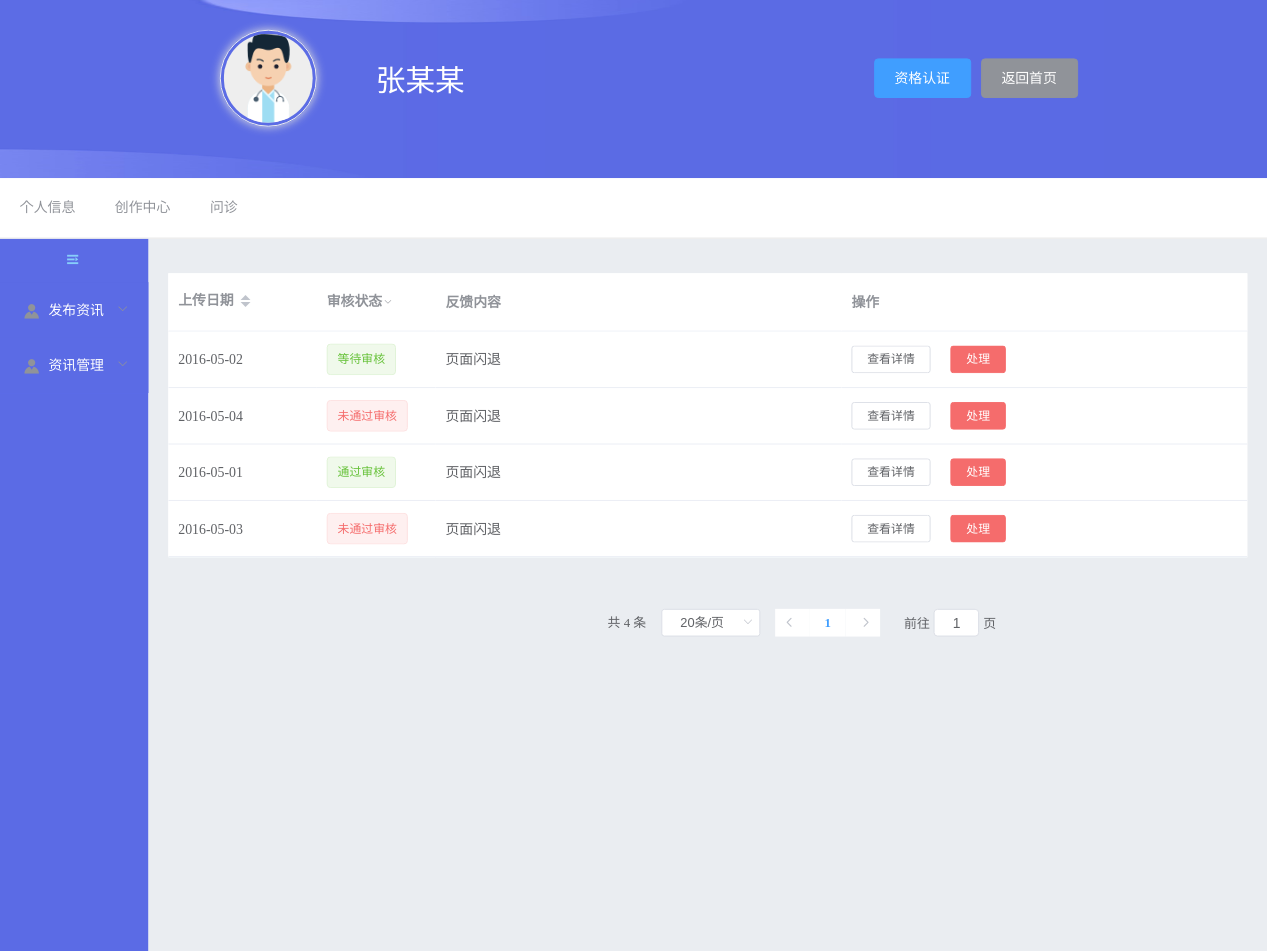
Repository: DiscreteL/SOA_Front
Page: /#/manageArticle
These files come from the project's save history. The page is drawn as it stood at one moment and after the next save; the edit follows.
The browser window is 1280 px wide. The pictures show the whole page, at 99% of full size.
The project was rebuilt for these pictures with package versions that can differ from the ones it lists, and the page was loaded fresh each time. Also part of the build but not shown: vue.config.js, src/components/navigation.vue, src/components/dialog.vue, src/views/news.vue, src/components/announcement.vue, src/components/patientKnow.vue, src/views/Home.vue, src/views/login.vue and 15 more.

Above is the page before, as saved 2021-11-29 12:38:17.

### src/main.js
import Vue from 'vue'
import App from './App.vue'
import router from './router'
import store from './store'
import ElementUI from 'element-ui';
import 'element-ui/lib/theme-chalk/index.css';
import instance_ from "@/utils/api";

Vue.use(ElementUI);

Vue.config.productionTip = false

Vue.prototype.instance = instance_

new Vue({
  router,
  store,
  render: h => h(App)
}).$mount('#app')

router.beforeEach((to, from, next) => {
  /* 路由发生变化修改页面title */
  if (to.meta.title) {
      document.title = to.meta.title
  }
  next()
})

### src/App.vue
<template>
  <div id="app">
    <router-view/>
  </div>
</template>

<style lang="less" scoped>
</style>

<script>
export default {
  name: 'app'
}
</script>

### src/utils/api.js
//输出通用axios实例
import axios from 'axios';
axios.defaults.withCredentials = false

const instance = axios.create({
  timeout: 10000,
   headers: {
    'Content-Type': "multipart/form-data;charset=utf-8",
  }
});

export default {
  //GqvbYer04485869e6b5acbed4ed10dfd79468f6d84577b1

   diseaseList (data) {
     return instance.get("https://api.apishop.net/common/disease/queryDiseaseList?apiKey=GqvbYer04485869e6b5acbed4ed10dfd79468f6d84577b1&page=1&pageSize=50", data);
   },
   diseaseInfo(data){
    return instance.get("https://api.apishop.net/common/disease/queryDiseaseInfo?apiKey=GqvbYer04485869e6b5acbed4ed10dfd79468f6d84577b1&diseaseID="+data);
   }


//   allUser () {
//     return instance.post('/api/user');
//   },
//   allProduct () {
//    return instance.post('/api/product')
//   },
//   upload (data) {
//     return instance.post('/api/upload',data)
//   },
//   regist (data){
//   	return instance.post('/api/createOrUpdateUser',data)
//   }
};

### src/views/doctor/messageCenter.vue
<template>
  <div class="home_container">
    <UserHomeNav2></UserHomeNav2>
    <!--页面主体区-->
    <el-container>
      <!--侧边栏-->
      <el-aside :width="isCollapse ? '64px' : '150px'">
        <div class="toggle-button" @click="toggleCollapse">
          <div v-if="this.isCollapse == true">
            <i class="el-icon-s-fold"></i>
          </div>
          <div v-else>
            <i class="el-icon-s-unfold"></i>
          </div>
        </div>
        <el-menu
          background-color="#5b6be5"
          text-color="#fff"
          active-text-color="#409EFF"
          :collapse="isCollapse"
          :collapse-transition="false"
          :router="true"
          :default-active="activePath"
        >
          <!-- :unique-opened="true"->只允许展开一个菜单 -->
          <!-- :collapse-transition="false" -> 关闭动画 -->
          <!-- router -> 导航开启路由模式 -->
          <el-submenu index="1">
          <!-- 一级菜单模板 -->
          <template slot="title">
            <i class="el-icon-s-custom"></i>
            <span>发布资讯</span>
          </template>
            <el-menu-item index="/uploadArticle" @click="saveNavState('/uploadArticle')">
              <i class="el-icon-date" style="color: #dcdcdc"></i>
              <span slot="title">发布文章</span>
            </el-menu-item>
            <el-menu-item index="/uploadVideo" @click="saveNavState('/uploadVideo')">
              <i class="el-icon-date" style="color: #dcdcdc"></i>
            <span slot="title">上传视频</span>
            </el-menu-item>
          </el-submenu>
          <el-submenu index="2">
          <!-- 一级菜单模板 -->
          <template slot="title">
            <i class="el-icon-s-custom"></i>
            <span>资讯管理</span>
          </template>
            <el-menu-item index="/manageArticle" @click="saveNavState('/manageArticle')">
              <i class="el-icon-date" style="color: #dcdcdc"></i>
              <span slot="title">文章管理</span>
            </el-menu-item>
            <el-menu-item index="/manageVideo" @click="saveNavState('/manageVideo')">
              <i class="el-icon-date" style="color: #dcdcdc"></i>
            <span slot="title">视频管理</span>
            </el-menu-item>
          </el-submenu>
        </el-menu>
      </el-aside>
      <!--右侧主体区-->
      <el-main>
        <router-view></router-view>
      </el-main>
    </el-container>
  </div>
</template>

<script>
import UserHomeNav2 from "@/components/userhomenav2.vue";

export default {
  name: "messageCenter",
  components: {
    UserHomeNav2,
  },
  data() {
    return {
      // 默认不折叠
      isCollapse: false,
      // 被激活导航地址
      activePath: "",
    };
  },
  created() {
    this.activePath = window.sessionStorage.getItem("activePath");
  },
  methods: {
    toggleCollapse() {
      this.isCollapse = !this.isCollapse;
    },
    saveNavState(activePath) {
      window.sessionStorage.setItem("activePath", activePath);
      this.activePath = activePath;
    },
  },
};
</script>

<style lang="less" scoped>
html,
body {
  width: 100%;
  height: 100%;
  margin: 0px;
  padding: 0px;
}
.home_container{
    height: 100vh;
}
.el-container{
    height: 100%;
}
.el-aside {
  background-color: #5b6be5;
  .el-menu {
    border-right: none;
  }
}
.el-main {
  background-color: #eaedf1;
}
.toggle-button {
  background-color: #5b6be5;
  font-size: 15px;
  line-height: 24px;
  color: #87cefa;
  text-align: center;
  letter-spacing: 0.2em;
  cursor: pointer;
  padding: 10px;
}
.logo_box {
  height: 60px;
  width: 60px;
  border: 5px #53868b;
  border-radius: 50%; /* 圆角 */
  position: relative;
  margin: 30px;
}
.port_box img {
  width: 100%;
  height: 100%;
  border-radius: 50%; /* 圆角 */
  background-color: #53868b;
}
</style>

### src/views/doctor/message/manageArticle.vue
<template>
  <div class="reportForm">
    <div class="form" style="margin-top: 15px">
      <el-table
        ref="filterTable"
        :data="
          tableData.slice((currentPage - 1) * pageSize, currentPage * pageSize)
        "
        style="width: 100%"
      >
        <el-table-column
          prop="date"
          label="上传日期"
          sortable
          width="150"
          column-key="date"
        >
        </el-table-column>
        <el-table-column
          prop="status"
          label="审核状态"
          width="120"
          :filters="[
            { text: '等待审核', value: '等待审核' },
            { text: '通过审核', value: '通过审核' },
            { text: '未通过审核', value: '未通过审核' },
          ]"
          :filter-method="filterStatus"
          filter-placement="bottom-end"
        >
          <template slot-scope="scope">
            <el-tag
              :type="scope.row.status === '未通过审核' ? 'danger' : 'success'"
              disable-transitions
            >
              {{ scope.row.status }}
            </el-tag>
          </template>
        </el-table-column>
        <el-table-column
          prop="content"
          label="反馈内容"
          :show-overflow-tooltip="true"
        >
        </el-table-column>
        <el-table-column label="操作">
          <el-button size="mini" @click="dialogTableVisible = true"
            >查看详情</el-button
          >
          <el-dialog title="反馈信息" :visible.sync="dialogTableVisible">
            <el-descriptions direction="vertical" :column="4" border>
              <el-descriptions-item label="用户id">123456789</el-descriptions-item>
              <el-descriptions-item label="反馈时间">2016-05-02</el-descriptions-item>
              <el-descriptions-item label="反馈内容"
                >页面闪退</el-descriptions-item
              >
              <el-descriptions-item label="处理结果"
                >NULL</el-descriptions-item
              >
            </el-descriptions>
          </el-dialog>
          <el-button
            size="mini"
            type="danger"
            style="margin-left: 20px"
            @click="dialogFormVisible = true"
            >处理</el-button
          >
          <el-dialog title="反馈处理" :visible.sync="dialogFormVisible">
            <el-form :model="form">
              <el-form-item label="处理结果" :label-width="formLabelWidth">
                <el-input v-model="form.reply" autocomplete="off"></el-input>
              </el-form-item>
            </el-form>
            <div slot="footer" class="dialog-footer">
              <el-button @click="dialogFormVisible = false">取 消</el-button>
              <el-button type="primary" @click="dialogFormVisible = false">确 定</el-button>
            </div>
          </el-dialog>
        </el-table-column>
      </el-table>
    </div>
    <div class="block">
      <el-pagination
        align="center"
        @size-change="handleSizeChange"
        @current-change="handleCurrentChange"
        :current-page="currentPage"
        :page-sizes="[1, 5, 10, 20]"
        :page-size="pageSize"
        layout="total, sizes, prev, pager, next, jumper"
        :total="tableData.length"
      >
      </el-pagination>
    </div>
  </div>
</template>

<script>
export default {
  data() {
    return {
      tableData: [
        {
          date: "2016-05-02",
          status: "等待审核",
          id: '123456789',
          content: '页面闪退'
        },
        {
          date: "2016-05-04",
          status: "未通过审核",
          id: '123456789',
          content: '页面闪退'
        },
        {
          date: "2016-05-01",
          status: "通过审核",
          id: '123456789',
          content: '页面闪退'
        },
        {
          date: "2016-05-03",
          status: "未通过审核",
          id: '123456789',
          content: '页面闪退'
        },
      ],
      dialogTableVisible: false,
      dialogFormVisible: false,
      currentPage: 1, // 当前页码
      total: 20, // 总条数
      pageSize: 20, // 每页的数据条数
      form: {
          reason: '',
          region: 0,
          delivery: false
        },
        formLabelWidth: '120px'
    };
  },
  methods: {
    filterHandler(value, row, column) {
      const property = column["property"];
      return row[property] === value;
    },
    filterStatus(value, row) {
      return row.status === value;
    },
    //每页条数改变时触发 选择一页显示多少行
    handleSizeChange(val) {
      console.log(`每页 ${val} 条`);
      this.currentPage = 1;
      this.pageSize = val;
    },
    //当前页改变时触发 跳转其他页
    handleCurrentChange(val) {
      console.log(`当前页: ${val}`);
      this.currentPage = val;
    },
  },
};
</script>

<style scoped>
.reportForm {
  width: 100%;
  display: flex;
  flex-direction: column;
}
.form {
  float: left;
  width: 100%;
}
.el-table .warning-row {
  background: oldlace;
}

.el-table .success-row {
  background: #f0f9eb;
}
.block {
  float: left;
  width: 100%;
  position: fixed;
  bottom: 75px;
}
</style>

### src/components/userhomenav2.vue
<template>
  <div class="container">
    <div class="head">
      <div class="background">
        <img src="@/assets/back.jpg" alt="" width="100%" height="100%" />
      </div>
      <div class="headmain">
        <div class="left">
          <!-- 头像部分 -->
          <div class="port_box">
            <img src="../assets/docPort.png" />
          </div>

          <!-- 个人信息部分 -->
          <div
            class="Info"
            style="color: white; font-size: 30px; font-family: 宋体"
          >
            {{ userName }}<br />
          </div>
        </div>
        <div>
            <el-button type="primary" @click="certify">资格认证</el-button>
          <el-button type="info" @click="returnhome">返回首页</el-button>
        </div>
      </div>
    </div>
    <div class="navBar">
      <el-menu
        :default-active="this.$route.path"
        class="el-menu-demo"
        router
        mode="horizontal"
        active-text-color="#409EFF"
      >
        <el-menu-item v-for="(item, i) in navList" :key="i" :index="item.name">
          {{ item.navItem }}
        </el-menu-item>
      </el-menu>
    </div>
    <div></div>
  </div>
</template>

<script>
export default {
  name: "UserHomeNav2",
  data() {
    return {
      //   userID: window.sessionStorage.getItem("id"),
      userName: "张某某",
      navList: [
        { name: "/userHome2", navItem: "个人信息" },
        { name: "/messageCenter", navItem: "创作中心" },
        { name: "/consult", navItem: "问诊" },
        // { name: "/help", navItem: "帮助中心" },
      ],
    };
  },
  methods: {
    returnhome(){
      this.$router.push("/home");
    },
    certify(){

    }
  },
};
</script>

<style scoped>
.head {
  height: 180px;
  width: 100%;
}
.background {
  width: 100%;
  height: 180px;
  z-index: -1;
  position: absolute;
}
.headmain {
  display: flex;
  justify-content: space-around;
  align-items: center;

}
.left {
  display: flex;
  align-items: center;
}
.port_box {
  height: 90px;
  width: 90px;
  border: 1px solid #eee;
  border-radius: 50%; /* 圆角 */
  padding: 3px; /*图片和边框之间的间距 */
  box-shadow: 0 0 10px #ddd; /*阴影 */
  position: relative;
  margin: 30px;
}
.port_box img {
  width: 100%;
  height: 100%;
  border-radius: 50%; /* 圆角 */
  background-color: #eee;
}

.Info {
  text-align: left;
  font: 15px "Microsoft YaHei";
  margin: 30px;
  position: relative;
}
</style>

### src/axios/url.js
import patient from './modules/patient';
import alluser from './modules/alluser';
import doctor from './modules/doctor';
import admin from './modules/admin';
export default {
    patient,
    alluser,
    doctor,
    admin,
};

### src/axios/request.js
import axios from './axios';
export default {
  // get请求
  get(url, param) {
    return new Promise((resolve, reject) => {
      axios({
        method: 'get',
        url,
        params: param
      })
        .then((res = {}) => {
          if (res.code !== '200') reject(res);
          resolve(res);
        })
        .catch(_ => {
          reject(_)});
    });
  },
  // post请求
  post(url, param) {
    return new Promise((resolve, reject) => {
      axios({
        method: 'post',
        url,
        data: param,
      })
        .then((res = {}) => {
          if (res.code !== '200') reject(res);
          resolve(res);
        })
        .catch(_ => reject(_));
    });
  },
};

### src/axios/modules/patient.js
export default {
    getDocListData:'/Patient/GetDoctorList',
    getDrugData:'/Patient/GetDrugInforList',
    getHosData:'/Patient/GetHospitalList',
    getNoticeData:'/Patient/GetNoticeList',
    getDiseaseData:'/Patient/GetDiseaseList',
    patientLogin:'/Patient/Login',
    doctorLogin:'/Doctor/Login',
    patientRegister:'/Patient/Register',
    doctorRegister:'/Doctor/Register',
    postReservationData:'/Patient/PostReservation',
    sendAcidForm:'/Patient/PostAppOfNuc',
    sendOffineReservation:'/Patient/PostOfflineApp',
    getCart:'/Patient/GetCart',
    clearCart:'/Patient/EmptyCart',
    addCart:'/Patient/AddDrug',
    getDocInfoData:'/Patient/GetDoctor',
    getDrugsIncludedListData:'/Patient/GetIncludeList',
    postRateData:'/Patient/PostRating',
    getPreData:'/Patient/GetPre',
    getDiseaseListData:'/Patient/GetDiseaseList',//存在重复
    getDepartmentListData:'/Patient/GetDepartmentList',//存在重复
    getPatientInfo:'/Patient/GetPatiInfor',
    postAutoAddData:'/Patient/AutoAddDrug',
    getDrugListData:'/Patient/GetDrugInforList',//存在重复
    getLocalImg:'/Patient/GetImg',
    getNAT:'/Patient/GetAppsOfNuc',
    postNoticeData:'/Admin/PostNotice',
    deleteNotice:'/Admin/DeleteNotice',
    getPaiIno:'/Patient/GetPatient',
    getOfflineApp:'/Patient/GetOfflineAppList',
    getReservations:'/Patient/GetReservations',
    getPatiBMI:'/Patient/GetPatiInfor',
    getHospital:'/Patient/GetHospital',
    getPreData:'/Patient/GetPre',
    postPaiIno:'/Patient/ModInfor',
    postUpdateReservation:'Patient/UpdateReservation',
    postRectifyOfflineApp:'/Patient/RectifyOfflineApp',
    postRectifyNucleicApp:'/Patient/RectifyNucleicApp',
    updateReservationData:'/Patient/UpdateReservation',
    getDoctorData:'/Doctor/GetDoctor',
    getRecordsData:'/Doctor/GetReservationLists',
    getCompletedRecordsData:'/Doctor/GetRecords'
  };

### src/axios/modules/alluser.js
export default{
    sendChatMes:'/Base/PostChat',
    getChatMes:'/Base/GetChat'
};

### src/axios/modules/doctor.js
export default {
    getPatientInfoData:'/Doctor/GetPatient',
    postPreData:'/Doctor/PostPre',
    postMedicineIncludedData:'/Doctor/PostInclude',
    postReportData:'/Doctor/PostReport',
    getDocIno:'/Doctor/GetDoctor',
};

### src/axios/modules/admin.js
export default {
    getReportListData:'/Admin/GetReportForms',
    getNoticeListData:'/Admin/GetNoticeList',
    postNoticeData:'/Admin/PostNotice'
}

### src/axios/axios.js
import axios from 'axios';
import router from '../router';
import Vue from 'vue';
import qs from 'qs';
//import store from '../store/index';

//import Storage from '../utils/storages';


// 错误状态码处理提示
class MessageTip extends Vue {
  static messageTipInstance = null;
  messageTip = null;

  static instance() {
    if (!this.messageTipInstance) {
      this.messageTipInstance = new MessageTip();
    }
    this.messageTipInstance;
  }

  // 提示信息
  msgInfo(msg) {
    this.messageTip && this.messageTip.close();
    this.messageTip = this.$message({
      showClose: true,
      message: msg,
      type: 'error',
      center: true
    });
  }

  // 错误信息
  errorInfo(errorCode) {
    this.messageTip && this.messageTip.close();
    let msg = '';
    switch (errorCode) {
      case '400':
        msg = '请求错误';
        break;
      case '401':
        msg = '登录会话过期，请重新登录';
        break;
      case '403':
        msg = '拒绝访问';
        break;
      case '404':
        msg = '请求地址出错';
        break;
      case '408':
        msg = '请求超时';
        break;
      case '500':
        msg = '服务器内部错误';
        break;
      case '501':
        msg = '服务器未实现';
        break;
      case '502':
        msg = '网络错误';
        break;
      case '503':
        msg = '服务不可用';
        break;
      case '504':
        msg = '网关超时';
        break;
      case '505':
        msg = 'HTTP版本不受支持';
        break;
    }
    this.messageTip = this.$message({
      showClose: true,
      message: msg,
      type: 'error',
      center: true
    });
  }
}

const messageTip = new MessageTip();

axios.defaults.headers.post['Content-Type'] = 'application/json';

axios.defaults.withCredentials = true;
axios.defaults.baseURL = '/api';
axios.defaults.timeout = 5000;
// 请求拦截器
axios.interceptors.request.use(
  config => {
    if(config.method === 'post') {
      config.data = qs.stringify(config.data)
      config.url += '?' + config.data
    }
    else {
      config.params = qs.stringify(config.params)
      config.url += '?' + config.params
    }
    //config.headers.token = localStorage.getItem('$token_info');
    return config;
  },
  error => {
    return Promise.reject(error);
  }
);

// 响应拦截器
axios.interceptors.response.use(
  response => {
    response.data = {
      result:response.data,
      code:`${response.status}`
    }
    if (response && response.data && response.data.code !== '200') {
      response.data.msg && messageTip.msgInfo(response.data.msg);
      console.log(response)
      return Promise.reject(response.data);
    }
    return response.data;
  },
  error => {
    console.log(error)
    console.log(error.response)
    if (
      error &&
      error.response &&
      error.response.status &&
      messageTip.errorInfo(error.response.status)
    ) {
      return Promise.reject(error);
    }
  }
);
export default axios;

Loaded but not shown: public/index.html (common file); src/store/index.js (common file); src/router/index.js (235 lines, source omitted); src/service/userService.js (198 lines, source omitted)

After the next save:
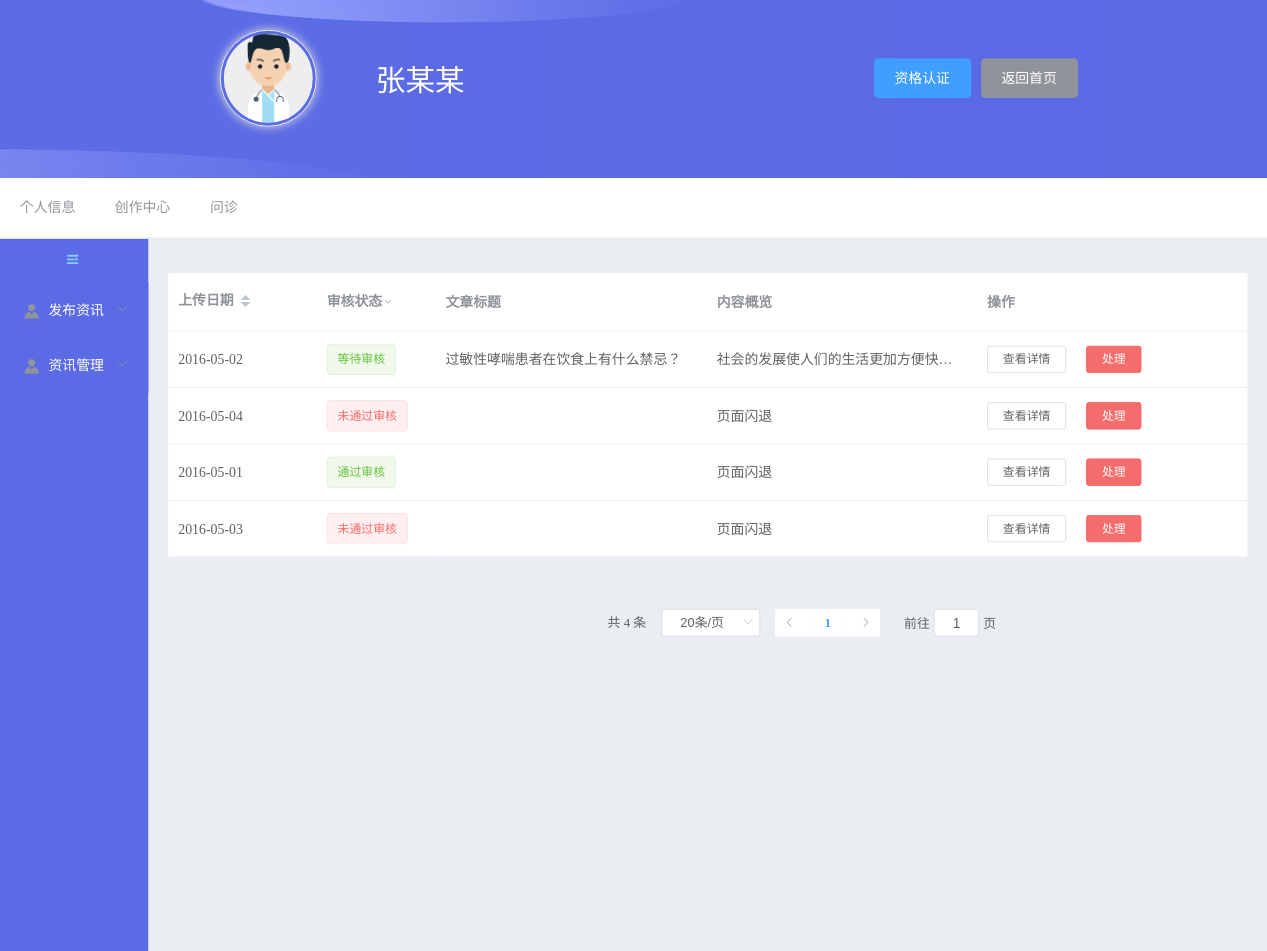
Saved 2 min 54 s later.
--- a/src/views/doctor/message/manageArticle.vue
+++ b/src/views/doctor/message/manageArticle.vue
@@ -38,8 +38,14 @@
           </template>
         </el-table-column>
         <el-table-column
+          prop="title"
+          label="文章标题"
+          :show-overflow-tooltip="true"
+        >
+        </el-table-column>
+        <el-table-column
           prop="content"
-          label="反馈内容"
+          label="内容概览"
           :show-overflow-tooltip="true"
         >
         </el-table-column>
@@ -104,8 +110,8 @@ export default {
         {
           date: "2016-05-02",
           status: "等待审核",
-          id: '123456789',
-          content: '页面闪退'
+          title: "过敏性哮喘患者在饮食上有什么禁忌？",
+          content: '社会的发展使人们的生活更加方便快捷，推动了人民中国质量的提高。但是另一方面也给人类带来了一些危害，社会快速发展的背后就是工业的发展，工业发展必然会带来一些环境污染，环境未来竟然又会影响到人类，所以如何实现人地协调发展是一个非常重要的问题。如果不能实现人地协调发展，就会给人类带来很大的危害。就比如说现在各种疾病的患病率越来越高，和工业污染有一定的关联。今天就给大家介绍一下，过敏性哮喘患者在饮食上有什么样的禁忌。'
         },
         {
           date: "2016-05-04",
